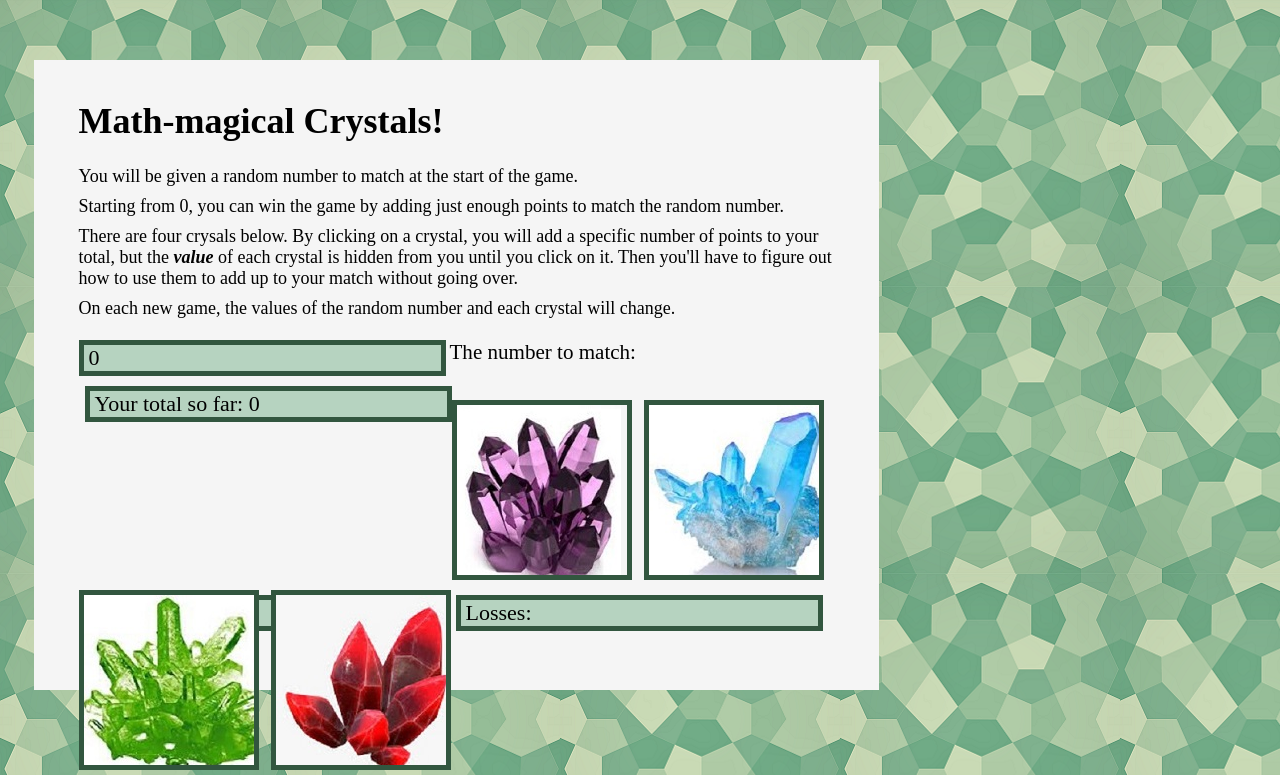
Repository: dsaftler/unit-4-game
Page: index.html
These files come from the project's save history. The page is drawn as it stood at one moment and after the next save; the edit follows.
The browser window is 1280 px wide. The pictures show the whole page.
Some web fonts or font styles are not loaded; a fallback is used.

Above is the page before, as saved 2019-04-02 13:16:00.

### index.html
<!DOCTYPE html>
<html lang="en">
<head>
  <meta charset="UTF-8">
  <meta name="viewport" content="width=device-width, initial-scale=1.0">
  <meta http-equiv="X-UA-Compatible" content="ie=edge">
  <link rel="stylesheet" href="assets/css/reset.css">
  <link rel="stylesheet" href="assets/css/style.css">
  <link href="https://fonts.googleapis.com/css?family=BioRhyme" rel="stylesheet">
  <title>Crystal Math Puzzle</title>
</head>
<body>
<div class="container">
  <h1>Math-magical Crystals!</h1>
  <div class="instructions">
  <p>You will be given a random number to match at the start of the game.</p>
  <p>Starting from 0, you can win the game by adding just enough points to match the random number.</p>
  <p>There are four crysals below.  By clicking on a crystal, you will add a specific number of points to your total, but the <strong><em>value</em></strong> of each crystal is hidden from you until you click on it.  Then you'll have to figure out how to use them to add up to your match without going over. </p>

  <p>On each new game, the values of the random number and each crystal will change.</p>
  </div>

  <div class="scoring-area">
    <!-- <div class="half first bordergreen" id="randomTarget">The number to match: </div> -->
    <h3>The number to match: <span class="half first bordergreen" id="randomTarget">0</span> </h3>
    <div class="half second bordergreen" id="currentTotal">Your total so far: </div>
  </div>
  <div class="crystal-set">
    <div class="crystal bordergreen clearfix" id="crystal_0"><img src="assets/images/crystal_0.jpg"></div>
    <div class="crystal bordergreen clearfix" id="crystal_1"><img src="assets/images/crystal_1.jpg"></div>
    <div class="crystal bordergreen clearfix" id="crystal_2"><img src="assets/images/crystal_2.jpg"></div>
    <div class="crystal bordergreen clearfix" id="crystal_3"><img src="assets/images/crystal_3.jpg"></div>
  </div>
  <div class="scoring-area">
    <div class="half first bordergreen" id="wins">Wins: </div>
    <div class="half second bordergreen" id="losses">Losses: </div>
  </div>

</div>
   <!-- <embed src="assets/javascript/success.wav" autostart="false" width="0" height="0" id="sound1"  -->
    <script src="https://ajax.googleapis.com/ajax/libs/jquery/3.3.1/jquery.min.js"></script>
  <script src="assets/javascript/game.js"></script>


</body>
</html>

### assets/css/style.css
* {
  box-sizing: border-box;
}
body {
height: 100%;
background-image: url("../images/congruent_pentagon.png");
background-repeat: repeat;
width: 70%;
font-family: 'BioRhyme',serif;
font-size: 18px;
}

h1 {margin-top: 0px;}
h3 {inline-size: auto; font-weight: 400;}
p {
  margin-top: 0em;
  margin-bottom: 0.5em;
}
.container{
  background-color: whitesmoke;
  width: 845px;
  padding: 40px;
  padding-left: 45px;
  margin: auto;
  margin-top: 60px;
  align-content: center;



}
/* .instructions{
  width: 765px;
} */
.scoring-area{
  clear:both;
  /* width:760px; */
  height: 35px;
  margin-bottom: 20px;
  margin-top:10px;
}
.half{
  float: left;
  width: 367px;
  background-color: rgb(182,211,192);
  font-size: 22px;
  padding-left: 5px;

}
.bordergreen {
  border: 5px solid rgb(50, 86, 63)
}
.first {margin-right: 4px;}
.second {margin-left: 6px;}
/* #randomTarget {color: teal;}
#currentTotal {color: teal;} */
.crystal-set{
  /* background-color: #ffffff; */
  height: 190px;
  /* width: 760px; */
  /* padding: 5px; */
  /* padding-left:8px; */
}
.crystal{
  display: inline-block;
  align-content: center;
  /* float: left; */
  height: 180px;
  width: 180px;
  margin-right: 8px;
  margin-right: 8px;
  margin-top: 5px;
}
.clearfix {
  overflow: hidden;
}

### assets/javascript/game.js
 var newGame = true
 var crystalPts = [],
   randomNumber = 0, totalPts = 0
 var wins = 0, losses = 0
 var lblTotalPts ="Your total so far: ",
      lblRandomNum = "The number to match: ",lblWins="Wins: ",lblLosses="Losses: "
 var maxRndCrystal=12, maxRndRandom=120, minRndRandom=19;


$(document).ready(function() {
  initGame()
  $(".crystal").click(function(){
  var $target = $(this).attr("id")
  // console.log($target);
  // console.log(crystalPts)
  // console.log(totalPts)
  for (let i=0; i<4; i++) {
    itarget="crystal_"+i
    console.log(itarget)
    if (itarget==$target){
      var iVal=crystalPts[i]
      console.log(iVal)
      itarget="#"+itarget
      $(itarget).prop('title',crystalPts[i])
      //console.log(i + ' ' + crystalPts +' '+crystalPts[i])
      totalPts = totalPts + iVal;
      console.log(totalPts)
    }
  }

  // show total points
  $('#currentTotal').text(lblTotalPts+totalPts)
  //$('#currentTotal').append(totalPts)
  if (totalPts>=randomNumber){
    if (totalPts===randomNumber){
      // alert("you win");
        wins++;
        //target.innerHTML = target.innerHTML + "      " + thisValue
        console.log(lblWins + wins);
        $('#wins').text(lblWins+wins);
       // Playsound("sound1");
        // show wins
    }
    if (totalPts>randomNumber){
      // alert("you lose");
      losses++;
        $('#losses').text(lblLosses+losses)
      //show losses
    }
    initGame();
  }
  });
});

function initGame(){
  crystalPts = [];
  while (crystalPts.length<4) {
      //for crystals 0-3
      // assign random number 1-12
    iVar = getRandomPts(maxRndCrystal);
    if (!crystalPts.includes(iVar)){
    // if iVar isn't already in the array
    // this prevents multiple of the same numbers
      crystalPts.push(iVar);
    }
  }
  $(".crystal").prop('title', '?')
  totalPts=0;
  //  show points, show random
  $('#currentTotal').text(lblTotalPts + totalPts);
  // randomNumber = Math.floor(Math.random() * (maxRndRandom - minRndRandom + 1)) + minRndRandom;
  randomNumber = getRandomRng(maxRndRandom,minRndRandom);
  //console.log(randomNumber);
  // randomNumber assign random number 19-120
  // $('#randomTarget').text(randomNumber);
}
function getRandomPts(max) {
  return Math.floor(Math.random() * Math.floor(max))+1;
}
function getRandomRng(max,min){
  return Math.floor(Math.random() * (max - min + 1)) + min;
}
function PlaySound(soundObj) {
  var sound = document.getElementById('sound1');
  sound.Play();
}

Loaded but not shown: assets/css/reset.css (no stored copy; drawn as an empty file)

After the next save:
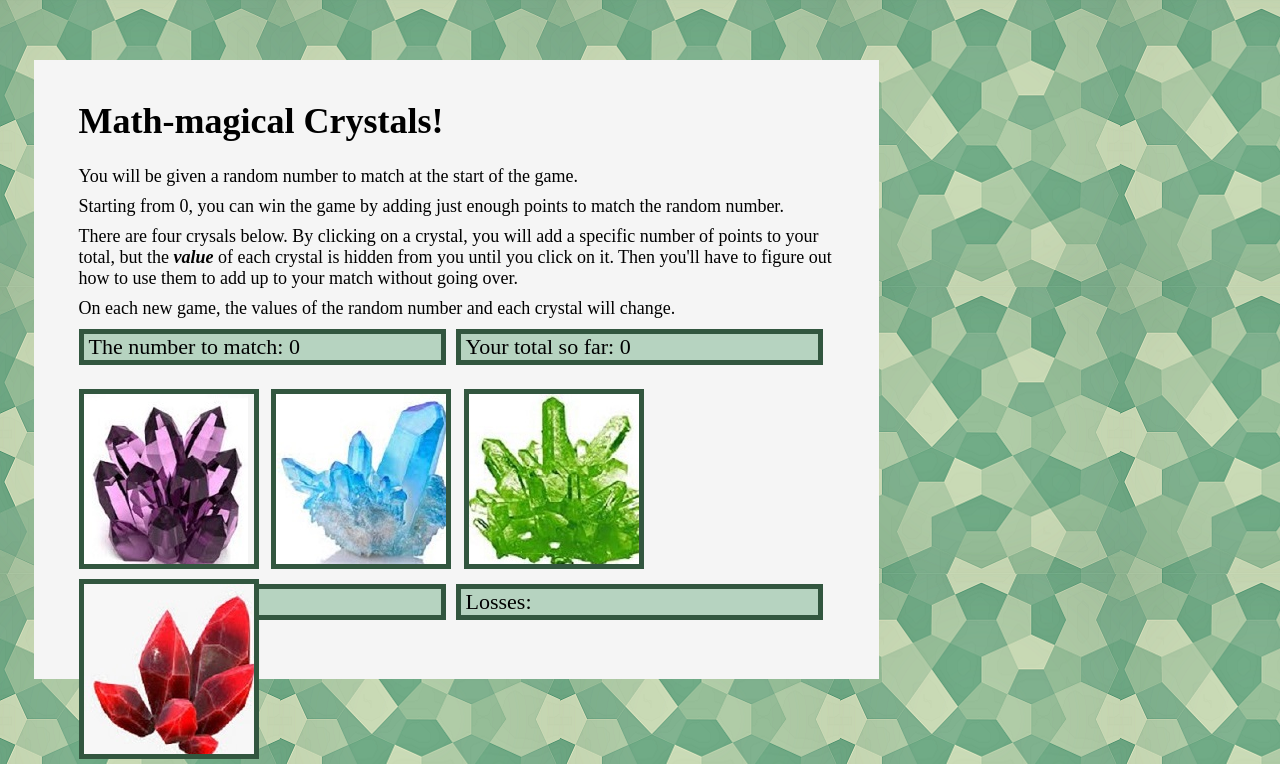
Saved 3 min 21 s later.
--- a/index.html
+++ b/index.html
@@ -22,7 +22,7 @@
 
   <div class="scoring-area">
     <!-- <div class="half first bordergreen" id="randomTarget">The number to match: </div> -->
-    <h3>The number to match: <span class="half first bordergreen" id="randomTarget">0</span> </h3>
+    <div class="half first bordergreen">The number to match: <span id="randomTarget">0</span> </div>
     <div class="half second bordergreen" id="currentTotal">Your total so far: </div>
   </div>
   <div class="crystal-set">
